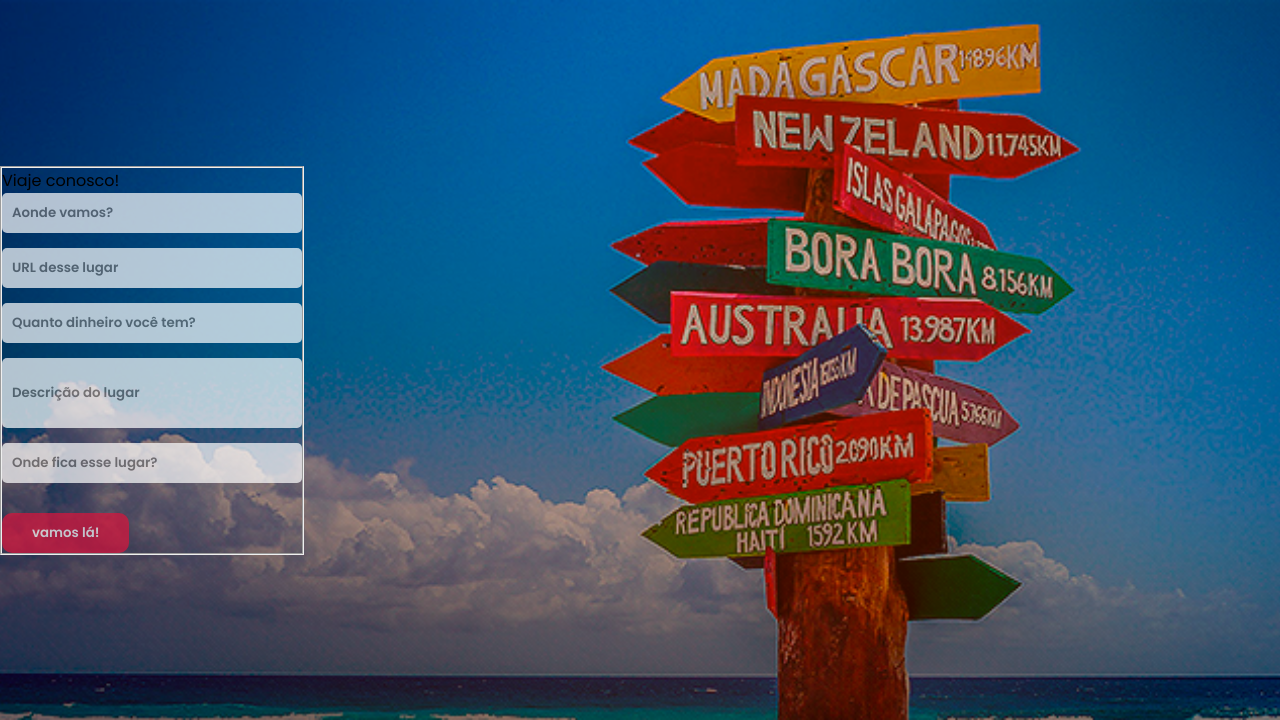
Repository: AngelTJVzla/cards
Page: index.html
The author's editor kept a copy of each file at every save. The page is drawn from the files as they stood at one save, then again after a run of saves.
The browser window is 1280 px wide. The pictures show the whole page.

Above is the page before, as saved 2022-08-29 22:36:20.

### index.html
<!DOCTYPE html>
<html lang="pt-BR">

<head>
    <meta charset="UTF-8">
    <meta http-equiv="X-UA-Compatible" content="IE=edge">
    <meta name="viewport" content="width=device-width, initial-scale=1.0">
    <title>Gosta viajar?</title>
    <link rel="stylesheet" href="style.css">

</head>

<body>

    <div class="div-container">
        <img src="./img/viajar.png" class="bg-img" alt="">
        <form autocomplete="off" id="form__">
            <fieldset class="form__fieldset">
                <span>Viaje conosco!</span>
                <div class="inputs">
                    <input type="text" class="titulo" placeholder="Aonde vamos?" maxlength="25" required>
                    </p>
                    <div>
                        <input type="url" class="url" placeholder="URL desse lugar" required>
                    </div>
                    <div>
                        <input id="preco" type="text" class="preco" placeholder="Quanto dinheiro você tem?" maxlength="15" required>
                    </div>
                    <div>
                        <input type="text" class="descricao" placeholder="Descrição do lugar" maxlength="60"
                            required>
                    </div>
                    <div>
                        <input type="text" class="localizacao" placeholder="Onde fica esse lugar?" maxlength="25"
                            required>
                    </div>

                    <button type="submit">vamos lá!</button>

            </fieldset>
        </form>


        <div class="container-resultado">
            <div class="resultado">

            </div>
        </div>

    </div>



    <script src="script.js"></script>
</body>

</html>

### style.css
@import url('https://fonts.googleapis.com/css2?family=Poppins:ital,wght@0,300;0,400;0,500;0,600;1,300&display=swap');

* {
    margin: 0;
    padding: 0;
    box-sizing: border-box;
    font-family: 'Poppins', sans-serif;
}

.div-container {
    width: 100%;
    height: 100vh;
    display: flex;
    opacity: 1;
    overflow: hidden;
}

.bg-img {
    position: absolute;
    object-fit: cover;
    width: 100vw;
    height: 100vh;
    z-index: -1;


}

#form__ {
    height: 100vh;
    display: flex;
    justify-content: center;
    align-items: center;
}
/*
/* .form__fieldset {
    min-width: 400px;
    display: flex;
    flex-direction: column;
    align-items: center;
    justify-content: center;
    margin: 0px 20px;
    padding: 20px;
    text-align: center;
    box-shadow: 5px 5px 50px #fff;
    border-radius: 15px;
    overflow: hidden;
} */ */

.form__fieldset span {
    text-align: center;
    border: none;
    margin-bottom: 20px;
    color: #fff;
    font-size: 20px;
    font-weight: 600;
}

input[type="text"],
input[type="url"] {
    width: 300px;
    padding: 10px;
    margin-bottom: 15px;
    border-radius: 5px;
    border: transparent;
    opacity: 0.7;
    font-weight: 600;
}

input.descricao {
    height: 70px;

}

input[type="url"]:hover,
input[type="text"]:hover {
    opacity: 0.9;
}

.form__fieldset button {
    padding: 10px 30px;
    margin-top: 15px;
    border-radius: 10px;
    background-color: crimson;
    opacity: 0.7;
    border: none;
    color: white;
    font-weight: 600;
    cursor: pointer;
}

.form__fieldset button:hover {
    opacity: 1;
}

.resultado {
    width: 100%;
    max-height: 100vh;
    color: #fff;
    display: flex;
    flex-direction: row;
    flex-wrap: wrap;
    gap: 2%;
    overflow-y: auto;
    overflow-x: hidden;

}

.new {
    min-width: 250px;
    max-width: 250px;
    height: 300px;
    margin-top: 15px;
    border: 1px solid #fff;
    color: #000;
    display: flex;
    flex-direction: column;
    align-items: center;
    overflow: hidden;
    background-color: #fffafadf;
    border-radius: 10px 10px 2px 2px;
    cursor: pointer;
    box-shadow: 2px 2px 10px #fff;
}

.new-responsive {
    min-width: 250px;
    max-width: 250px;
    height: 100%;
    display: flex;
    flex-direction: column;
}


.new img {
    min-width: 100%;
    max-height: 50%;
    object-fit: cover;
    width: auto;
    height: auto;
    cursor: pointer;
    transition: 0.6s;
}

.new img:hover {
    transform: scale(1.1);

}

.new h2 {
    font-size: 16px;
    text-align: center;
    padding: 5px 8px 0px 8px;
}

.new .descricao {
    text-align: center;
    width: 100%;
    font-size: 12px;
    padding: 0px 5px;
    font-weight: 300;
}

.preco-anuncio {
    text-align: center;
    margin-top: 8px;
    font-weight: 500;
    font-size: 18px;
}

.svg {
    width: 100%;
    height: 100%;
    display: flex;
    flex-direction: column;
    justify-content: flex-end;
    font-size: 12px;
    color: #28282a;
    font-weight: 500;
}

.svg svg {
    margin-left: 8px;
    margin-right: 5px;
}

.new svg {
    width: 10px;
}

.new hr {
    width: 100%;
    margin-bottom: 1px;
}


@media screen and (max-width: 1268px) {

    .div-container {
        gap: 2%;
    }

    .form__fieldset {
        min-width: 300px;
    }

    .resultado {
        display: flex;
        justify-content: center;
        align-items: center;
    }

}

@media screen and (max-width: 968px) {
    .form__fieldset {
        min-width: 250px;
    }

    input[type="url"],
    input[type="text"] {
        width: 90%;
    }
}


@media screen and (max-width: 768px) {
    .new {
        min-width: 250px;
    }

    .new-responsive {
        min-width: 100%;
    }

    .preco-anuncio {
        max-width: 100%;
    }
}


@media screen and (max-width: 568px) {

    .div-container {
        display: flex;
        flex-direction: column;
        justify-content: center;
    }

    #form__ {
        display: flex;
        flex-direction: row;
        align-items: flex-start;
    }

    .form__fieldset {
        min-width: 90vw;
        max-width: 90vw;
        min-height: 40vh;
        margin: 0;
        display: flex;
        justify-content: center;
        padding: 10px;
        margin-top: 60px;
    }

    .inputs {
        width: 100%;
        display: flex;
        flex-direction: column;
        align-items: center;
        flex-wrap: wrap;
        gap: 1%;
    }

    input[type="url"] {
        width: 250px;
        padding: 5px;
        margin-bottom: 5px;
    }

    input[type="text"] {
        width: 250px;
        padding: 5px;
        margin-bottom: 5px;
    }

    .descricao {
        max-height: 50px;
    }

    .form__fieldset button {
        margin: 0;

    }

    .resultado {
        display: flex;
        justify-content: center;
        align-items: flex-end;
        min-height: 10vh;
        max-height: 60vh;

    }

}

@media screen and (max-width: 368px) {

    .form__fieldset {
        min-width: 80vw;
        max-width: 90vw;
        min-height: 40vh;
    }

    .resultado {
        display: flex;
        justify-content: center;
        align-items: flex-end;
        min-height: 10vh;
        max-height: 60vh;
    }

    .new-responsive {
        gap: 0%;
    }

    .new-responsive .descricao {
        font-size: 10px;
    }

    .new {
        min-width: 200px;
        max-width: 220px;
        margin-bottom: 10px;
        margin-top: 0;
    }

    .new img{
        margin: 0;
    }

    .new h2 {
        padding: 2px 5px 0;
        font-size: 16px;
    }

    .preco-anuncio {
        font-size: 12px;
        margin-top: 8px;
    }
    .svg {
        font-size: 10px;
    }

    .svg path {
        margin-top: 0;
    }

    .svg hr {
        margin: 1px;
    }

    input[type="url"] {
        width: 180px;
        padding: 5px;
        margin-bottom: 5px;
    }

    input[type="text"] {
        width: 180px;
        padding: 5px;
        margin-bottom: 5px;
    }

    .form__fieldset button {
        padding: 5px 15px;
        margin-top: 1px;
    }
}


@media screen and (max-width: 268px){
    input[type="url"],
    input[type="text"] {
        width: 80%;
    }

    .new {
        min-width: 100px;
        max-width: 180px;
        margin-bottom: 10px;
        margin-top: 0;
    }

}

### script.js
const form = document.getElementById('form__');
const resultado = document.querySelector('.resultado');
const titulo = document.querySelector('.titulo');
const preco = document.querySelector('.preco');
const descricao = document.querySelector('.descricao');
const url = document.querySelector('.url');
const localizacao = document.querySelector('.localizacao');



let dados = [];

dados.push({
  titulo: titulo.value,
  preco: preco.value,
  descricao: descricao.value,
  url: url.value,
  localizacao: localizacao.value
});

form.addEventListener('submit', (evento) => {
  evento.preventDefault();
  resultado.innerHTML +=
  `<div class="new">
      <img src="${url.value}">
      <div class="new-responsive">
          <h2>${titulo.value}</h2>
          <span class="descricao">${descricao.value}</span>
      <div class="preco-anuncio"><span>R$ ${preco.value}</span></div>
      <div class="svg">
      <hr>
      <span>
        <svg xmlns="http://www.w3.org/2000/svg" viewBox="0 0 384 512"><!--! Font Awesome Pro 6.1.0 by @fontawesome - https://fontawesome.com License - https://fontawesome.com/license (Commercial License) Copyright 2022 Fonticons, Inc. --><path d="M168.3 499.2C116.1 435 0 279.4 0 192C0 85.96 85.96 0 192 0C298 0 384 85.96 384 192C384 279.4 267 435 215.7 499.2C203.4 514.5 180.6 514.5 168.3 499.2H168.3zM192 256C227.3 256 256 227.3 256 192C256 156.7 227.3 128 192 128C156.7 128 128 156.7 128 192C128 227.3 156.7 256 192 256z"/></svg> ${localizacao.value}
      </span>
      </div>
    </div>
  </div>`
});

After the next 5 saves:
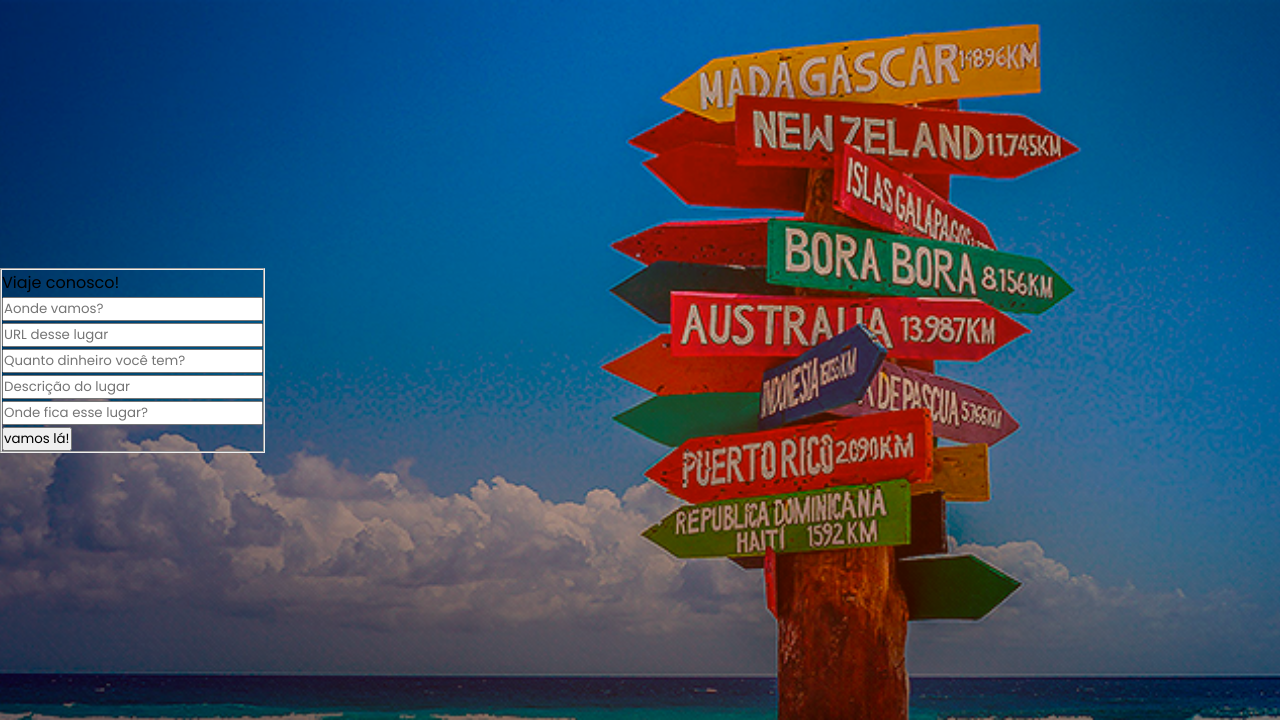
The 5 saves are shown as one change because they came seconds apart.
The last was saved 12 s later.
--- a/style.css
+++ b/style.css
@@ -32,7 +32,7 @@
     align-items: center;
 }
 /*
-/* .form__fieldset {
+.form__fieldset {
     min-width: 400px;
     display: flex;
     flex-direction: column;
@@ -44,7 +44,7 @@
     box-shadow: 5px 5px 50px #fff;
     border-radius: 15px;
     overflow: hidden;
-} */ */
+}
 
 .form__fieldset span {
     text-align: center;
